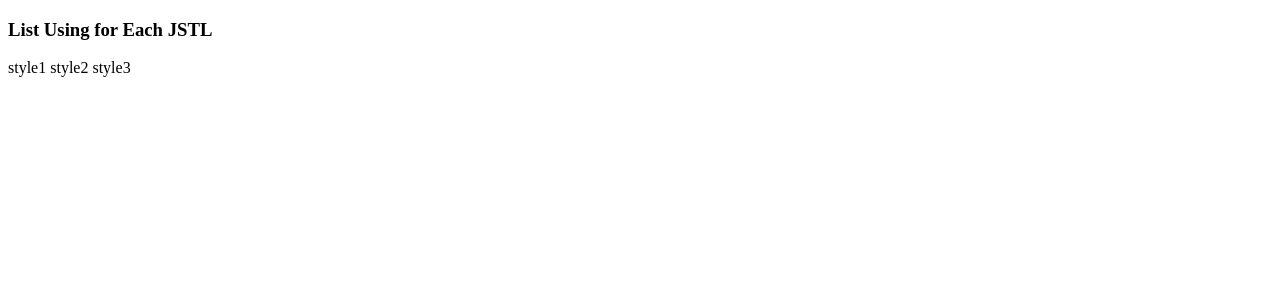
Repository: MohamedRamadan-prog/CS472
Page: http://localhost/Into/JSP2Demo.jsp
These files come from the project's save history. The page is drawn as it stood at one moment and after the next save; the edit follows.
The browser window is 1280 px wide. The pictures show the whole page.
The page is served by Tomcat 9. Other server files are loaded and not shown.

Above is the page before, as saved 2020-03-04 03:32:35.

### Servlet Introduction Lab/workspae/Into/WebContent/JSP2Demo.jsp
<%@page import="java.util.ArrayList"%>
<%@ page language="java" contentType="text/html; charset=ISO-8859-1"
    pageEncoding="ISO-8859-1"%>
<%@ page import="java.util.Iterator" %>
<%@ page import="java.util.List" %>
<%@ page import="java.util.Collections" %>
<%@ taglib prefix = "c"  uri = "http://java.sun.com/jsp/jstl/core" %>

<!DOCTYPE html>
<html>
<head>
<meta charset="ISO-8859-1">
<title>Insert title here</title>
</head>
<body>
<%
	List<String> list = new ArrayList<>();
	list.add("style1");
	list.add("style2");
	list.add("style3");

    request.setAttribute("styles",list);

   // List styles = (List) request.getAttribute("styles");
    //Iterator it = styles.iterator();
   // while(it.hasNext()) {
   //     response.getWriter().print("<br>: " + it.next());
   // }
%>

<h3>List Using for Each JSTL</h3>
<c:forEach var="style" items="${styles}">
    <c:out value="${style}"/>
</c:forEach>

</body>
</html>

After the next save:
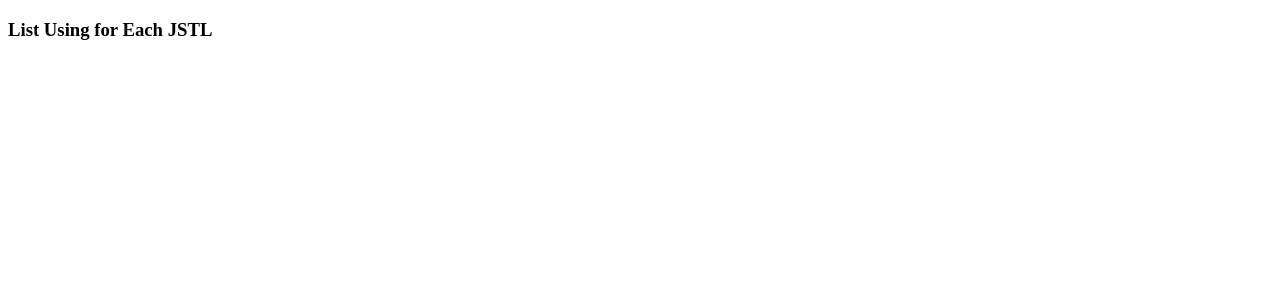
Saved 24 s later.
--- a/Servlet Introduction Lab/workspae/Into/WebContent/JSP2Demo.jsp
+++ b/Servlet Introduction Lab/workspae/Into/WebContent/JSP2Demo.jsp
@@ -29,7 +29,7 @@
 %>
 
 <h3>List Using for Each JSTL</h3>
-<c:forEach var="style" items="${styles}">
+<c:forEach var="style" items="${sessionScope.styles}">
     <c:out value="${style}"/>
 </c:forEach>
 

After the 2 saves that followed:
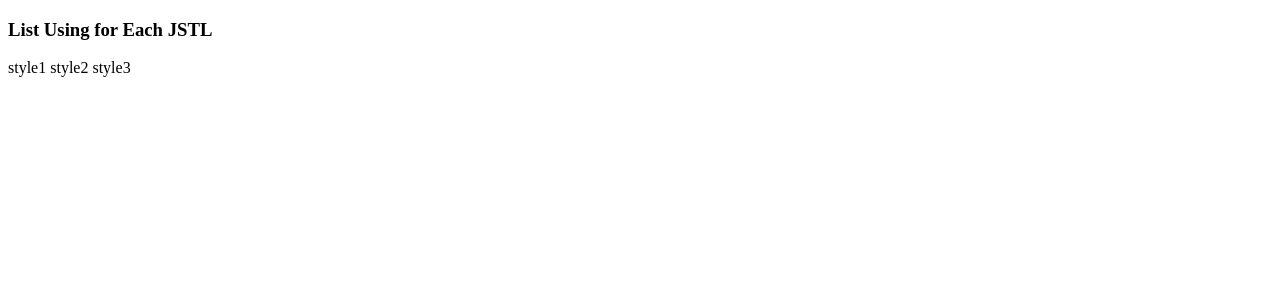
The 2 saves are shown as one change because they came seconds apart.
The last was saved 27 s later.
--- a/Servlet Introduction Lab/workspae/Into/WebContent/JSP2Demo.jsp
+++ b/Servlet Introduction Lab/workspae/Into/WebContent/JSP2Demo.jsp
@@ -20,16 +20,15 @@
 	list.add("style3");
 
     request.setAttribute("styles",list);
-
-   // List styles = (List) request.getAttribute("styles");
+    // List styles = (List) request.getAttribute("styles");
     //Iterator it = styles.iterator();
-   // while(it.hasNext()) {
-   //     response.getWriter().print("<br>: " + it.next());
-   // }
+    // while(it.hasNext()) {
+    //     response.getWriter().print("<br>: " + it.next());
+    // }
 %>
 
 <h3>List Using for Each JSTL</h3>
-<c:forEach var="style" items="${sessionScope.styles}">
+<c:forEach var="style" items="${styles}">
     <c:out value="${style}"/>
 </c:forEach>
 
